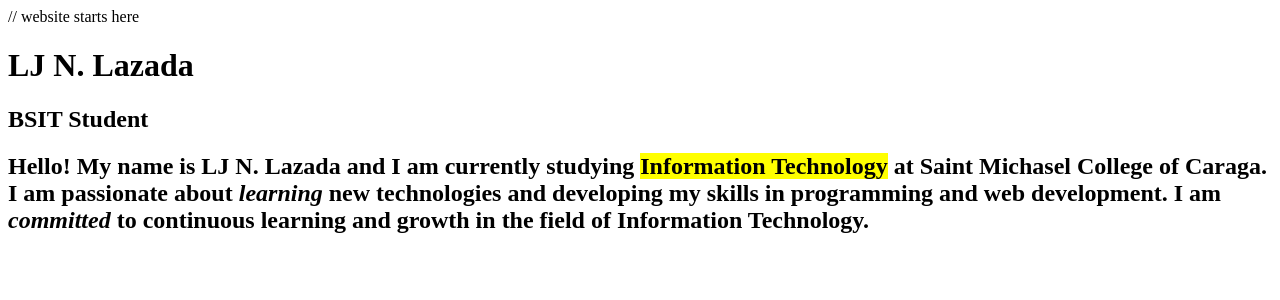
Repository: ljlazada11/myfirsthtml
Page: index.html
These files come from the project's save history. The page is drawn as it stood at one moment and after the next save; the edit follows.
The browser window is 1280 px wide. The pictures show the whole page.

Above is the page before, as saved 2026-06-24 18:38:13.

### index.html
<!DOCTYPE html>
<html lang="en">
<head>
    <meta charset="UTF-8">
    <meta name="viewport" content="width=device-width, initial-scale=1.0">
    <title>My Personal Web Profile</title>
    <link rel="icon" type="image/x-icon" href="images.png">
    // website starts here

</head>
<body>
    <h1>LJ N. Lazada</h1>
    <h2>BSIT Student</h2>
    <h2>Hello! My name is <strong>LJ N. Lazada</strong> and I am currently studying <mark>Information Technology</mark> at Saint Michasel College of Caraga. I am passionate about <i>learning</i> new technologies and developing my skills in programming and web development. I am <em>committed</em> to continuous learning and growth in the field of Information Technology.</h2>


</body>
</html>

After the next save:
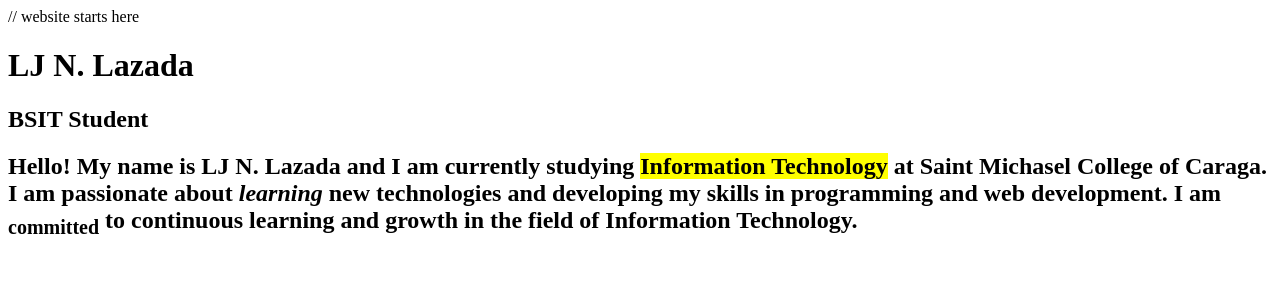
Saved 94 s later.
--- a/index.html
+++ b/index.html
@@ -11,7 +11,7 @@
 <body>
     <h1>LJ N. Lazada</h1>
     <h2>BSIT Student</h2>
-    <h2>Hello! My name is <strong>LJ N. Lazada</strong> and I am currently studying <mark>Information Technology</mark> at Saint Michasel College of Caraga. I am passionate about <i>learning</i> new technologies and developing my skills in programming and web development. I am <em>committed</em> to continuous learning and growth in the field of Information Technology.</h2>
+    <h2>Hello! My name is <strong>LJ N. Lazada</strong> and I am currently studying <mark>Information Technology</mark> at Saint Michasel College of Caraga. I am passionate about <i>learning</i> new technologies and developing my skills in programming and web development. I am <sub>committed</sub> to continuous learning and growth in the field of Information Technology.</h2>
 
 
 </body>
